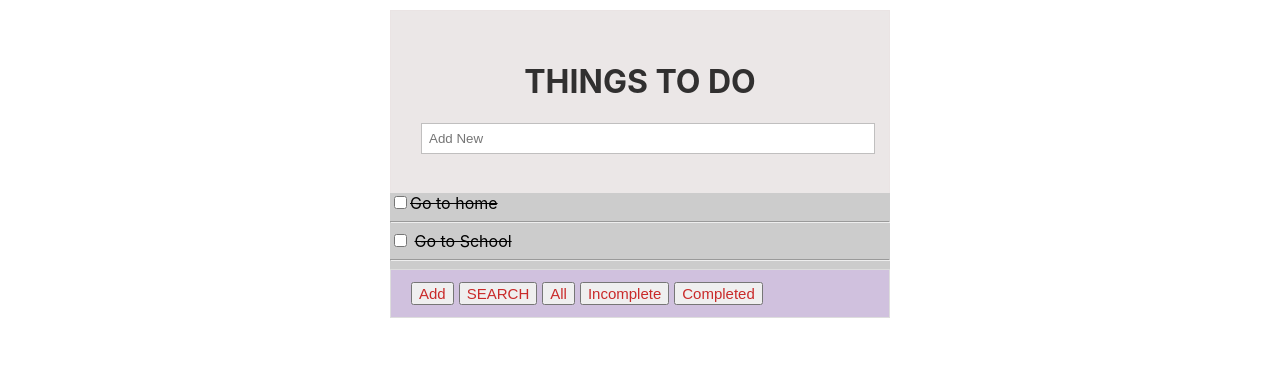
Repository: kirangautam45/To-Do-Application
Page: /
These files come from the project's save history. The page is drawn as it stood at one moment and after a run of saves; the edit follows.
The browser window is 1280 px wide. The pictures show the whole page.
The project was rebuilt for these pictures with package versions that can differ from the ones it lists, and the page was loaded fresh each time.

Above is the page before, as saved 2022-08-11 14:40:47.

After the next 2 saves:
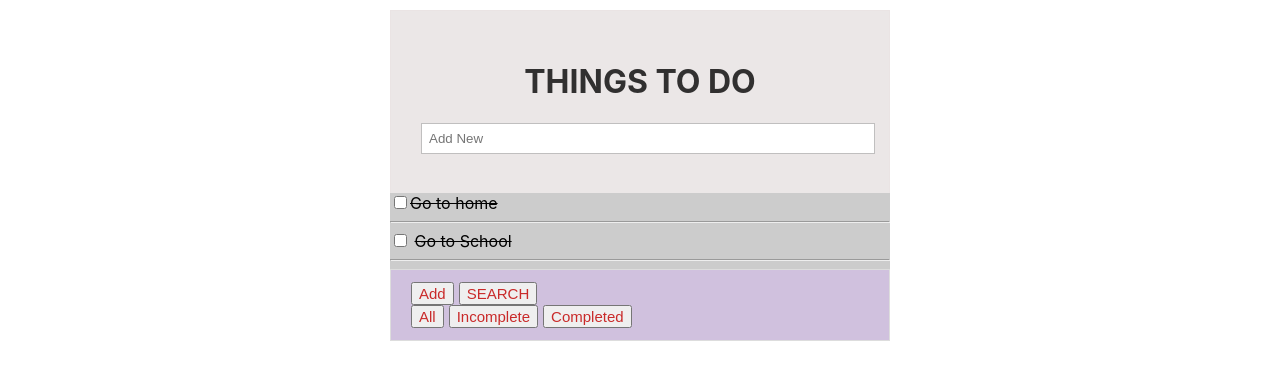
The 2 saves are shown as one change because they came seconds apart.
The last was saved 5 s later.
--- a/src/App.js
+++ b/src/App.js
@@ -22,6 +22,7 @@
             <div className="Icon_left">
               <button className="Icon_button">Add</button>
               <button className="Icon_button">SEARCH</button>
+              <div></div>
               <button className="Icon_button">All</button>
               <button className="Icon_button">Incomplete</button>
               <button className="Icon_button">Completed</button>

After the 3 saves that followed:
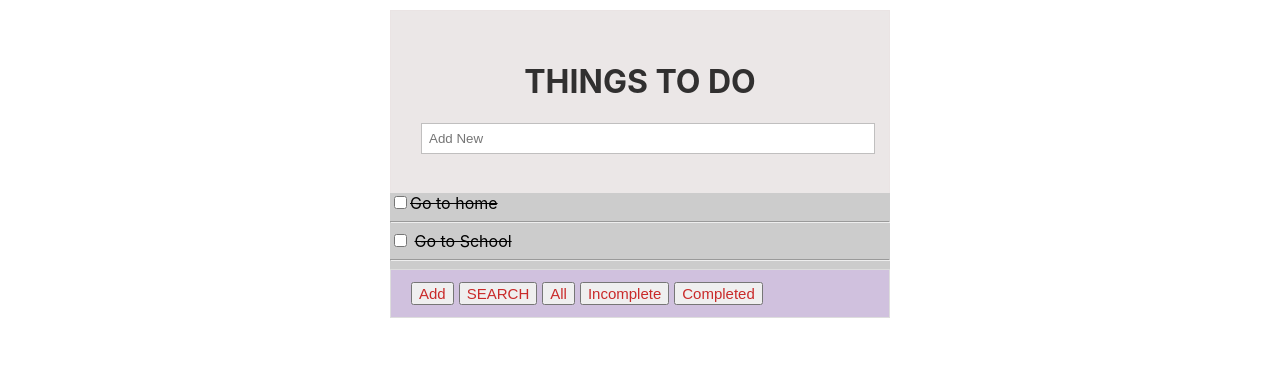
The 3 saves are shown as one change because they came seconds apart.
The last was saved 10 s later.
--- a/src/App.js
+++ b/src/App.js
@@ -22,7 +22,6 @@
             <div className="Icon_left">
               <button className="Icon_button">Add</button>
               <button className="Icon_button">SEARCH</button>
-              <div></div>
               <button className="Icon_button">All</button>
               <button className="Icon_button">Incomplete</button>
               <button className="Icon_button">Completed</button>
